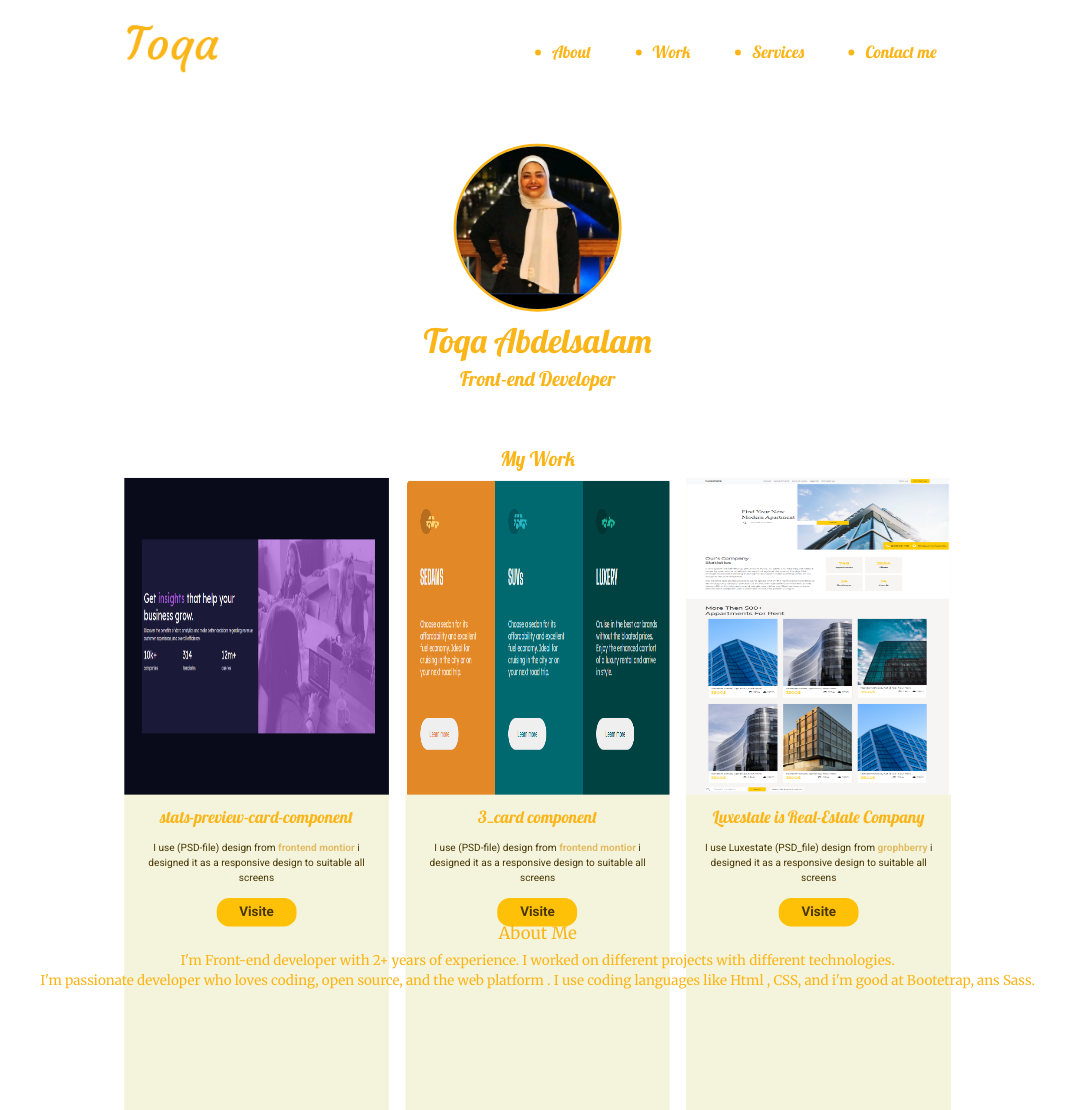
Repository: Toqa-25/portfolio
Page: index.html
The author's editor kept a copy of each file at every save. The page is drawn from the files as they stood at one save, then again after the next save.
The browser window is 1280 px wide. The pictures show the whole page, at 84% of full size.
Some web fonts or font styles are not loaded; a fallback is used.

Above is the page before, as saved 2021-11-01 00:26:43.

After the next save:
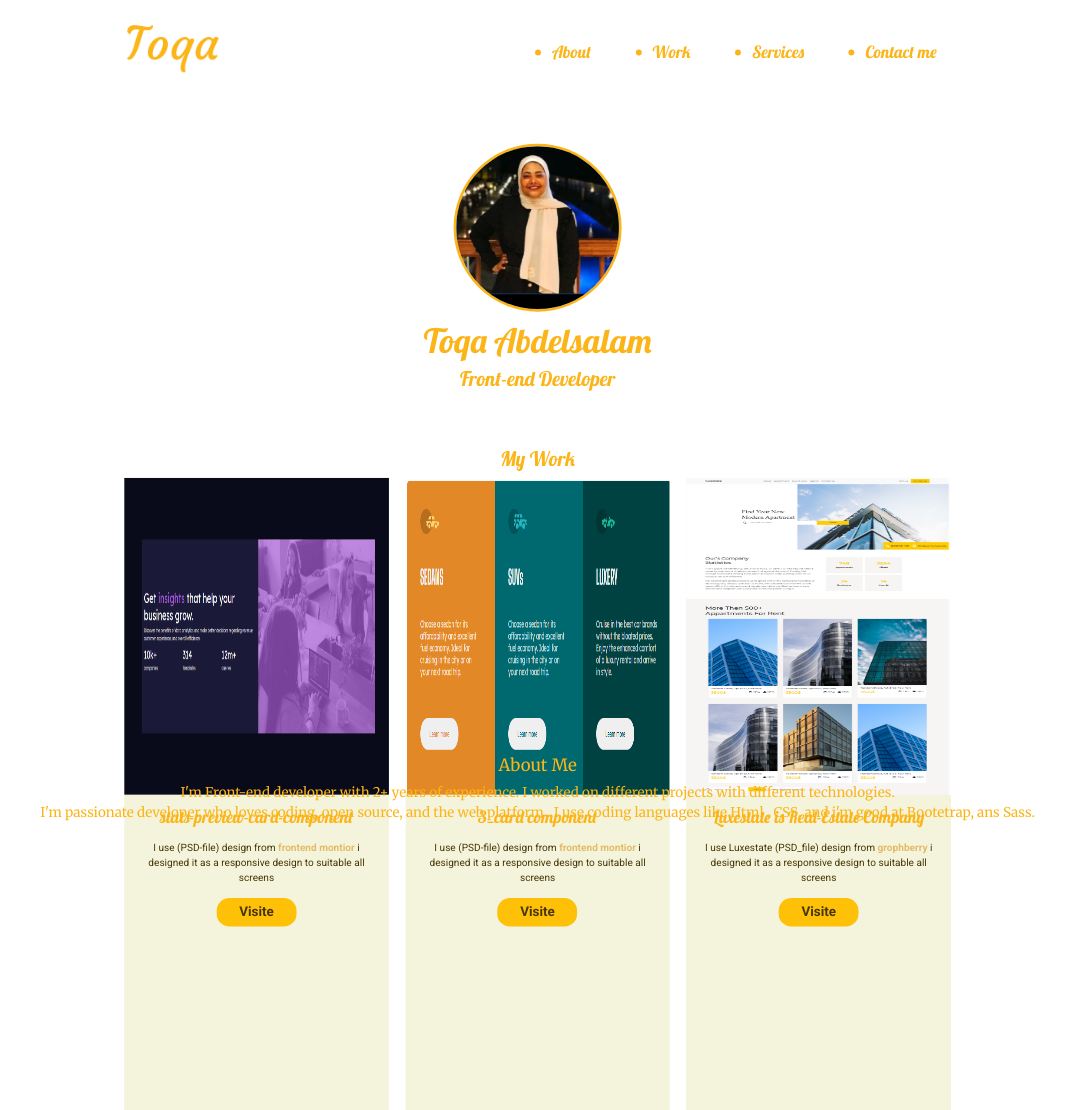
Saved 19 s later.
--- a/css/style.css
+++ b/css/style.css
@@ -155,7 +155,7 @@ font-family: 'Roboto', sans-serif;
     display: grid;
     grid-template-columns:repeat(3,1fr);
     gap:20px;
-    max-height: 500px;
+    max-height: 300px;
  }
  .work .work-head{
     text-align: center;
